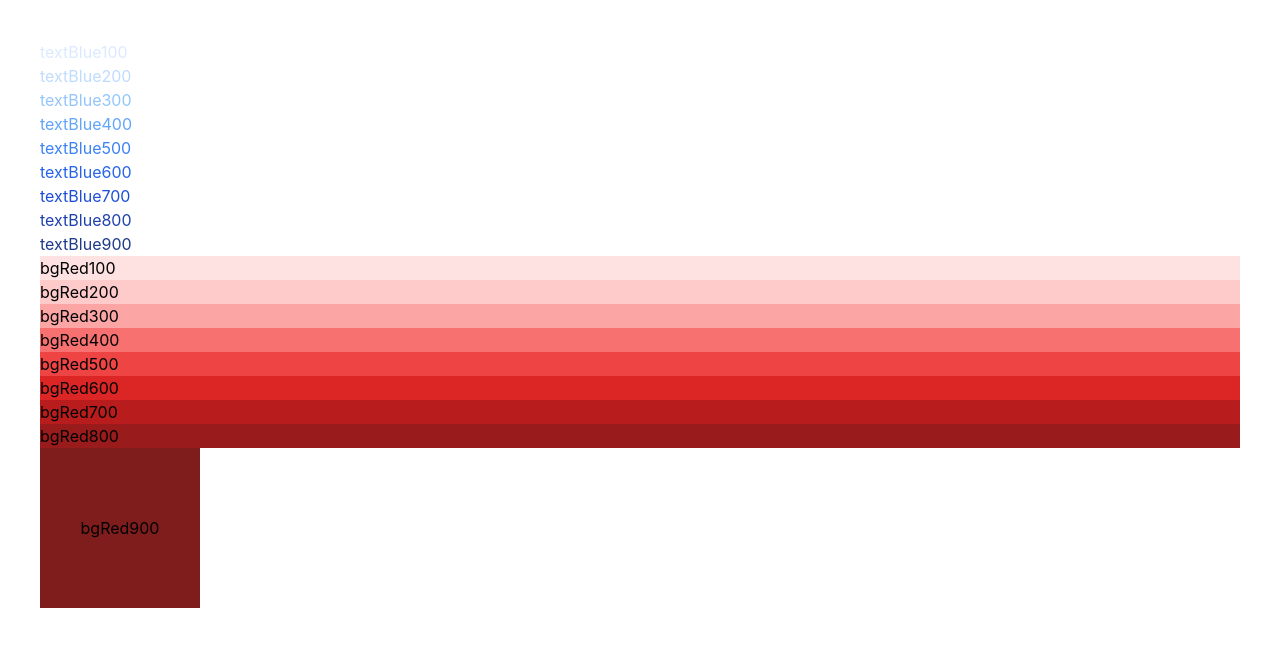
Repository: wogml3270/react-test-server
Page: /
These files come from the project's save history. The page is drawn as it stood at one moment and after the next save; the edit follows.
The browser window is 1280 px wide. The pictures show the whole page.
The project was rebuilt for these pictures with package versions that can differ from the ones it lists, and the page was loaded fresh each time. Also part of the build but not shown: src/App.css.

Above is the page before, as saved 2022-08-04 21:17:02.

After the next save:
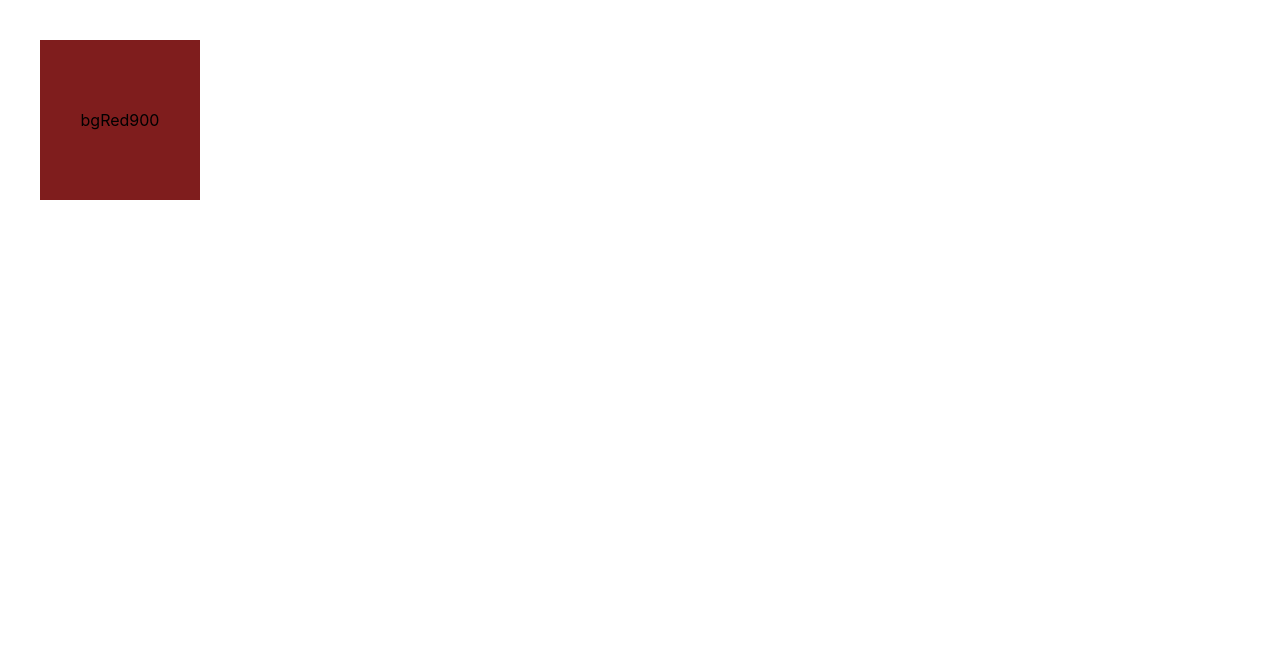
Saved 8 days later.
--- a/src/App.js
+++ b/src/App.js
@@ -5,23 +5,7 @@ function App() {
   return (
     <>
       <div className="m-10">
-        <h1 className="text-blue-100">textBlue100</h1>
-        <h1 className="text-blue-200">textBlue200</h1>
-        <h1 className="text-blue-300">textBlue300</h1>
-        <h1 className="text-blue-400">textBlue400</h1>
-        <h1 className="text-blue-500">textBlue500</h1>
-        <h1 className="text-blue-600">textBlue600</h1>
-        <h1 className="text-blue-700">textBlue700</h1>
-        <h1 className="text-blue-800">textBlue800</h1>
-        <h1 className="text-blue-900">textBlue900</h1>
-        <h1 className="bg-red-100">bgRed100</h1>
-        <h1 className="bg-red-200">bgRed200</h1>
-        <h1 className="bg-red-300">bgRed300</h1>
-        <h1 className="bg-red-400">bgRed400</h1>
-        <h1 className="bg-red-500">bgRed500</h1>
-        <h1 className="bg-red-600">bgRed600</h1>
-        <h1 className="bg-red-700">bgRed700</h1>
-        <h1 className="bg-red-800">bgRed800</h1>
+        <div className="caret-cyan-400 w-full h-full"></div>
         <h1 className="bg-red-900 h-40 w-40 flex justify-center items-center">bgRed900</h1>
       </div>
     </>
